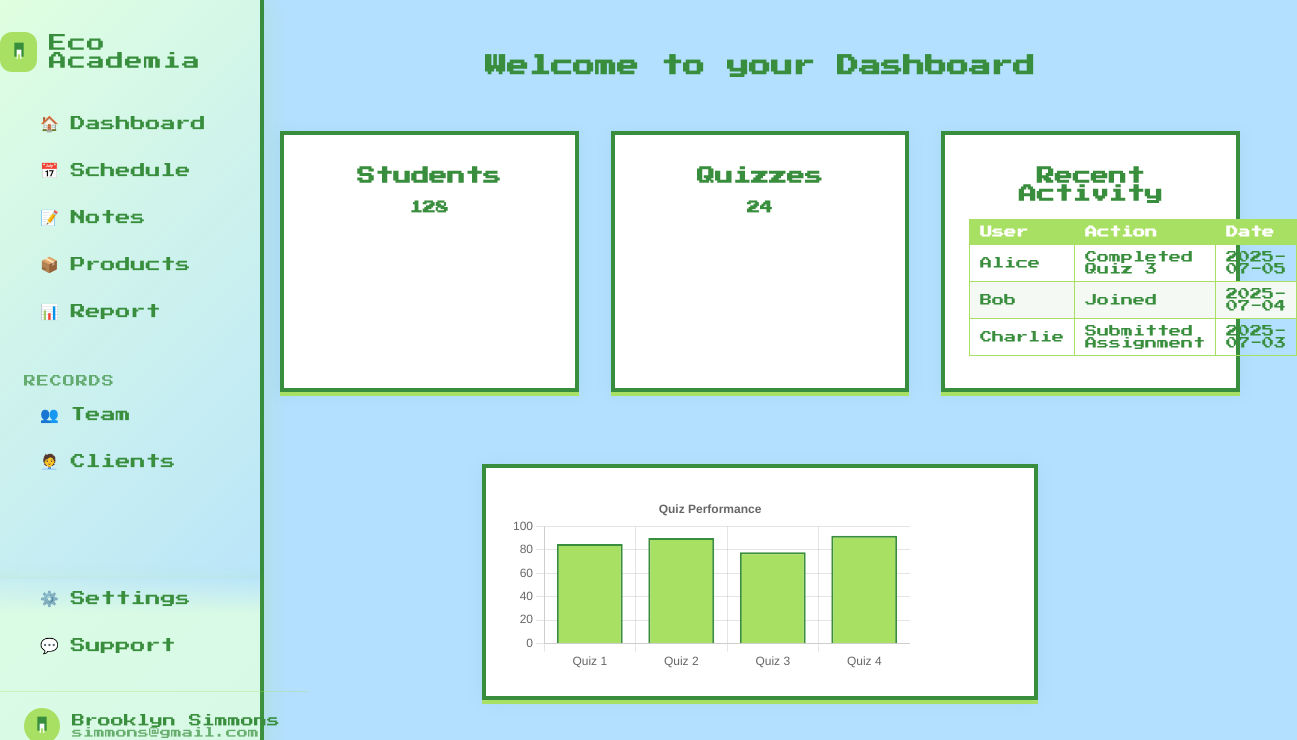
Repository: hotaruhshs/eco-academia
Page: admin/dashboard.html
The author's editor kept a copy of each file at every save. The page is drawn from the files as they stood at one save, then again after the next save.
The browser window is 1280 px wide. The page is 1297 px wide, so the pictures cover 1297 px, including what lies to the right of the window. The pictures show the whole page.

Above is the page before, as saved 2025-07-06 01:58:26.

After the next save:
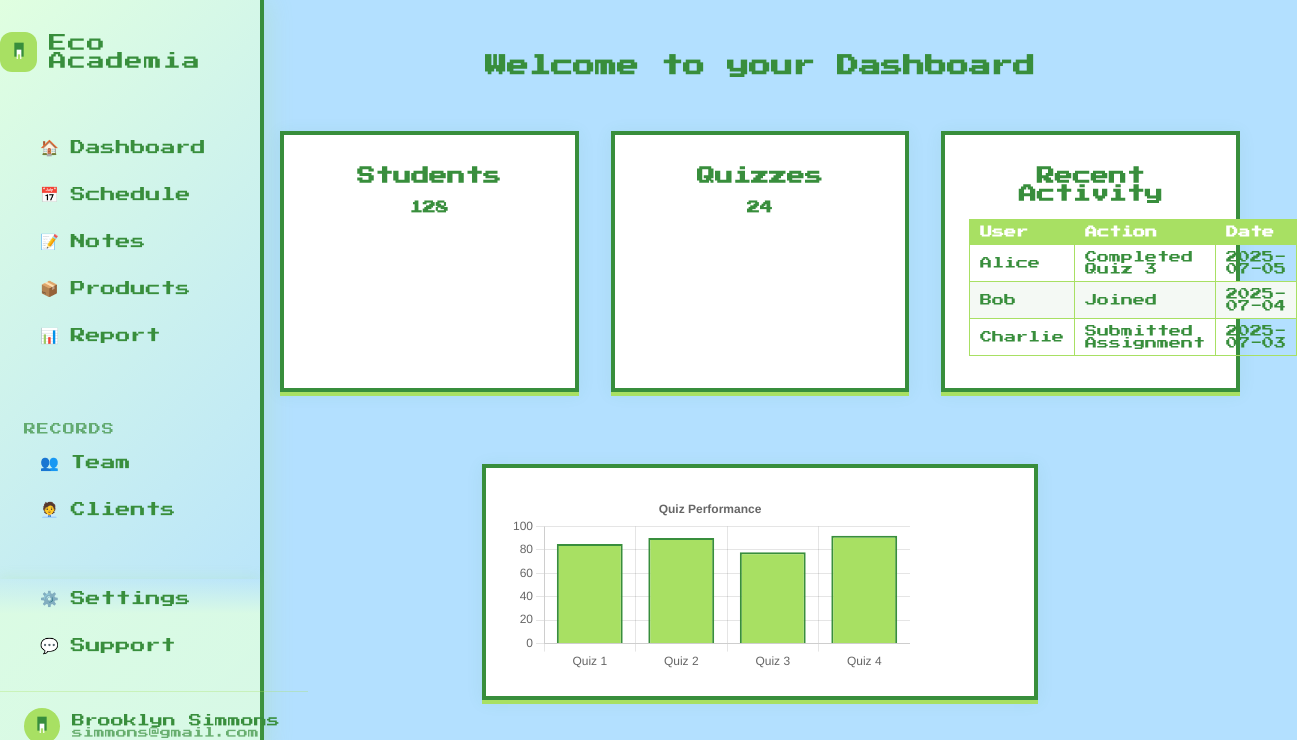
Saved 32 s later.
--- a/admin/css/dashboard.css
+++ b/admin/css/dashboard.css
@@ -24,7 +24,7 @@ body::after {
   display: flex;
   flex-direction: column;
   align-items: stretch;
-  justify-content: flex-start;
+  justify-content: space-between;
   background: linear-gradient(135deg, #e0ffe0 0%, #b3e0ff 100%);
   color: #388e3c;
   padding: 32px 0 0 0;
@@ -32,7 +32,6 @@ body::after {
   border-right: 4px solid #388e3c;
 }
 .sidebar-bottom {
-  margin-top: auto;
   width: 100%;
   display: flex;
   flex-direction: column;
